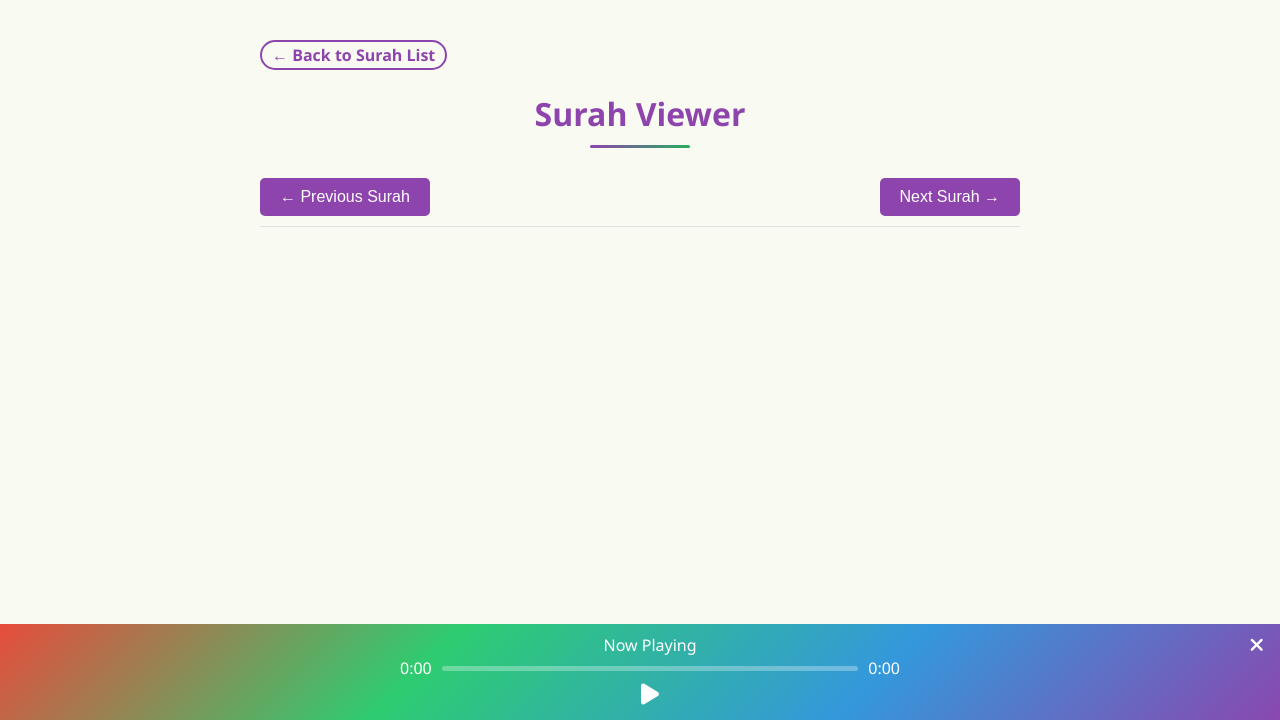
Repository: MohdKaarim/quran
Page: app/src/main/assets/surah.html
An editor plug-in stored every save of this project. The page is shown before and after a run of saves, followed by the edit.
The browser window is 1280 px wide. The pictures show the whole page.

Above is the page before, as saved 2025-07-07 22:46:19.

### app/src/main/assets/surah.html
<!DOCTYPE html>
<html lang="en">

<head>
  <meta charset="UTF-8" />
  <meta name="viewport" content="width=device-width, initial-scale=1.0" />
  <title>Surah Viewer</title>
  <link rel="stylesheet" href="https://cdnjs.cloudflare.com/ajax/libs/font-awesome/6.4.0/css/all.min.css">
  <style>
    body {
      font-family: 'Segoe UI', sans-serif;
      padding: 20px;
      background-color: #f9faf1;
      color: #2c3e50;
      max-width: 800px;
      margin: auto;
    }
    .container {
            max-width: 800px;
            margin: 0 auto;
            padding: 20px;
            padding-bottom: 100px; /* Space for player */
    }


    h1 {
        text-align: center;
        color: #8e44ad;
        margin-bottom: 20px;
        position: relative;
    }

        h1::after {
        content: '';
        display: block;
        width: 100px;
        height: 3px;
        background: linear-gradient(90deg, #8e44ad, #27ae60);
        margin: 10px auto 0;
        border-radius: 3px;
    }


    .back-button {
      display: inline-block;
      margin-bottom: 1px;
      color: #8e44ad;
      font-weight: bold;
      text-decoration: none;
      padding: 2px 10px;
      border: 2px solid #8e44ad;
      border-radius: 25px;
      transition: background-color 0.3s, color 0.3s;
    }

    .back-button:hover {
      background-color: #8e44ad;
      color: white;
    }

    .verse {
      padding: 15px;
      margin-bottom: 10px;
      border-left: 5px solid transparent;
      border-radius: 4px;
      background-color: rgb(247, 242, 231);
      transition: background-color 0.3s, border-left 0.3s;
    }

    .verse .arabic {
      font-size: 1.2rem;
      text-align: right;
      font-weight: bold;
      direction: rtl;
      color: #2c3e50;
    }

    .verse .english {
      text-align: right;
      color: #555;
      margin-top: 5px;
      font-style: italic;
      font-weight: bold;
    }

    .highlight {
      background-color: #d1c4e9;
      border-left: 5px solid #8e44ad;
    }

    .currently-playing {
      transform: translateY(100%);
      transition: transform 0.4s ease;
      position: fixed;
      bottom: 0;
      left: 0%;
      width: 100%;
      background-size: 400% 400%;
      background: linear-gradient(-45deg, #8e44ad, #3498db, #2ecc71, #e74c3c);
      animation: gradientBG 1s ease infinite;
      color: white;
      padding: 10px;
      display: flex;
      flex-direction: column;
      align-items: center;
      gap: 1px;
    }
    @keyframes gradientBG {
        0% { background-position: 0% 50%; }
        50% { background-position: 100% 50%; }
        100% { background-position: 0% 50%; }
    }

    .currently-playing.show {
      transform: translateY(0);
      transition: transform 0.4s ease;
    }

    .progress-container {
      display: flex;
      align-items: center;
      width: 80%;
      max-width: 500px;
      gap: 10px;
    }

    .progress-bar-wrapper {
      flex-grow: 1;
      height: 5px;
      background-color: rgba(255, 255, 255, 0.3);
      border-radius: 3px;
      overflow: hidden;
      position: relative;
      cursor: pointer;
    }

    .progress-bar {
      height: 100%;
      background-color: white;
      width: 0%;
    }

    .player-controls button {
      background: none;
      border: none;
      color: white;
      font-size: 1.5rem;
      cursor: pointer;
    }

    .navigation {
        display: flex;
        justify-content: space-between;
        margin: 20px 0;
        position: sticky;
        top: 0;
        background-color: #f9faf1; /* Match body background */
        padding: 10px 0;
        z-index: 10; /* Make sure it stays above verses */
        border-bottom: 1px solid #e1e1e1;
        }

    .navigation button {
      background-color: #8e44ad;
      color: white;
      border: none;
      padding: 10px 20px;
      font-size: 1rem;
      cursor: pointer;
      border-radius: 5px;
    }
    .close-player {
      position: absolute;
      top: 10px;
      right: 30px;
      background: none;
      border: none;
      color: white;
      font-size: 1.2rem;
      cursor: pointer;
    }

    .navigation button:hover {
      background-color: #6c3483;
    }

    @media (max-width: 600px) {
      .verse .arabic {
        font-size: 1rem;
      }

      .verse .english {
        font-size: 0.8rem;
      }
      .currently-playing {
        padding: 10px 15px;
      }

    }
  </style>
</head>

<body>
  <div class="container">
    <a href="Test.html" class="back-button">← Back to Surah List</a>
    <h1 id="surah-title">Surah Viewer</h1>

    <div class="navigation">
      <button id="prev-surah">← Previous Surah</button>
      <button id="next-surah">Next Surah →</button>
    </div>

    <div id="verse-container" style="max-height: 500px; overflow-y: auto;"></div>

    <div class="currently-playing show" id="currently-playing">
      <div id="now-playing-title">Now Playing</div>
      <div class="progress-container">
        <span id="current-time">0:00</span>
        <div class="progress-bar-wrapper">
          <div class="progress-bar" id="progress-bar"></div>
        </div>
        <span id="total-time">0:00</span>
      </div>
      <div class="player-controls">
        <button id="play-pause-btn"><i class="fas fa-play"></i></button>
      </div>
        <button class="close-player" id="close-player" title="Close Player">
            <i class="fas fa-times"></i>
    </button>
    </div>
  </div>

<audio id="audio-player" preload="auto"></audio>

<script>
  // Declare globals
  let surahNumber = parseInt(new URLSearchParams(window.location.search).get('surah')) || 1;

  const title = document.getElementById("surah-title");
  const verseContainer = document.getElementById("verse-container");
  const audioPlayer = document.getElementById("audio-player");
  const playPauseBtn = document.getElementById("play-pause-btn");
  const progressBar = document.getElementById("progress-bar");
  const currentTimeEl = document.getElementById("current-time");
  const totalTimeEl = document.getElementById("total-time");
  const nowPlayingTitle = document.getElementById("now-playing-title");
  const closePlayerBtnElement = document.getElementById('close-player');
  const currentlyPlayingElement = document.getElementById('currently-playing');


  const nextBtn = document.getElementById("next-surah");
  const prevBtn = document.getElementById("prev-surah");

  let currentSurahData = null;
  let isPlaying = false;
  let progressInterval;
  let allSurahs = {};

  function formatTime(seconds) {
    const mins = Math.floor(seconds / 60);
    const secs = Math.floor(seconds % 60);
    return `${mins}:${secs < 10 ? '0' : ''}${secs}`;
  }

  function updateProgress() {
    if (!audioPlayer.duration) return;
    const percent = (audioPlayer.currentTime / audioPlayer.duration) * 100;
    progressBar.style.width = `${percent}%`;
    currentTimeEl.textContent = formatTime(audioPlayer.currentTime);
    totalTimeEl.textContent = formatTime(audioPlayer.duration);
  }

  function highlightVerse(currentTime) {
    if (!currentSurahData?.verses) return;

    currentSurahData.verses.forEach((v, i) => {
      const el = document.getElementById(`verse-${i}`);
      if (!el) return;

      const nextStart = currentSurahData.verses[i + 1]?.start ?? Infinity;
      el.classList.toggle("highlight", currentTime >= v.start && currentTime < nextStart);
    });
  }

  function togglePlayPause() {
    if (isPlaying) {
      audioPlayer.pause();
      isPlaying = false;
      playPauseBtn.innerHTML = '<i class="fas fa-play"></i>';
      clearInterval(progressInterval);
    } else {
      audioPlayer.play().then(() => {
        isPlaying = true;
        playPauseBtn.innerHTML = '<i class="fas fa-pause"></i>';
        progressInterval = setInterval(() => {
          updateProgress();
          highlightVerse(audioPlayer.currentTime);
        }, 500);
      }).catch(err => {
        console.error("Audio play error:", err);
        alert("Could not play audio. Please try again.");
      });
    }
  }

  playPauseBtn.addEventListener("click", togglePlayPause);

    closePlayerBtnElement.addEventListener('click', () => {
    audioPlayer.pause();
    isPlaying = false;
    playPauseBtn.innerHTML = '<i class="fas fa-play"></i>';
    clearInterval(progressInterval);
    currentlyPlayingElement.classList.remove('show'); // Slide down the player
  });

  // Added local path dowmload
  audioPlayer.onerror = function () {
  console.warn("Streaming failed, attempting to load offline audio...");
  alert("Streaming not available. Trying offline audio...");


  const localPath = `file:///storage/emulated/0/Download/${surahNumber.toString().padStart(3, '0')}-${currentSurahData.name.toLowerCase().replace(/\s+/g, '-')}.mp3`;
  audioPlayer.src = localPath;

  audioPlayer.play().then(() => {
    console.log("Offline audio loaded.");
    isPlaying = true;
    playPauseBtn.innerHTML = '<i class="fas fa-pause"></i>';
    progressInterval = setInterval(() => {
      updateProgress();
      highlightVerse(audioPlayer.currentTime);
    }, 500);
  }).catch(err => {
    console.error("Offline audio failed:", err.message);
    alert("Audio not available online or offline.");
  });
};


  nextBtn.addEventListener("click", () => {
    if (allSurahs[surahNumber + 1]) {
      loadSurah(surahNumber + 1);
    }
  });

  prevBtn.addEventListener("click", () => {
    if (allSurahs[surahNumber - 1]) {
      loadSurah(surahNumber - 1);
    }
  });

  function loadSurahData(jsonString) {
    try {
      allSurahs = JSON.parse(jsonString);
      loadSurah(surahNumber);
    } catch (e) {
      console.error("Failed to load Surah data:", e);
      verseContainer.innerHTML = `<div style="color:red;padding:20px;">Error loading Quran data: ${e.message}</div>`;
    }
  }

  function loadSurah(number) {
    surahNumber = number;
    const surah = allSurahs[surahNumber];
    currentSurahData = surah;

    if (!surah) {
      title.textContent = "Surah Not Found";
      verseContainer.innerHTML = `<div style="color:red;padding:20px;">Surah ${number} not available</div>`;
      return;
    }

    title.textContent = `Surah ${surah.name} (${surah.arabicname})`;
    verseContainer.innerHTML = "";


    surah.verses.forEach((verse, index) => {
      const verseEl = document.createElement("div");
      verseEl.className = "verse";
      verseEl.id = `verse-${index}`;
      verseEl.innerHTML = `
        <div class="arabic">${verse.text || '[No Arabic Text]'}</div>
        <div class="english">${verse.en || '[No Translation]'}</div>
      `;
      verseContainer.appendChild(verseEl);
    });

    if (surah.audioUrl && typeof surah.audioUrl === 'string') {
      nowPlayingTitle.textContent = `Surah ${surah.name} (${surah.arabicname})`;
      audioPlayer.src = surah.audioUrl;
      const sanitizedFileName = `${surah.number.toString().padStart(3, '0')}-${surah.name.toLowerCase().replace(/\s+/g, '-')}.mp3`;
      audioPlayer.src = surah.audioUrl || `file:///storage/emulated/0/Download/${sanitizedFileName}`;



    currentlyPlayingElement.classList.remove('hidden');
    currentlyPlayingElement.classList.add('show');

      audioPlayer.play().then(() => {
        isPlaying = true;
        playPauseBtn.innerHTML = '<i class="fas fa-pause"></i>';
        progressInterval = setInterval(() => {
          updateProgress();
          highlightVerse(audioPlayer.currentTime);
        }, 500);
      }).catch(err => {
        console.log("Autoplay blocked: " + err.message);
      });

      audioPlayer.onloadedmetadata = () => {
        totalTimeEl.textContent = formatTime(audioPlayer.duration);
      };
    } else {
      console.warn("No valid audio URL found");
      document.getElementById("currently-playing").style.display = "none";
    }
  }
</script>

</body>
</html>

After the next 2 saves:
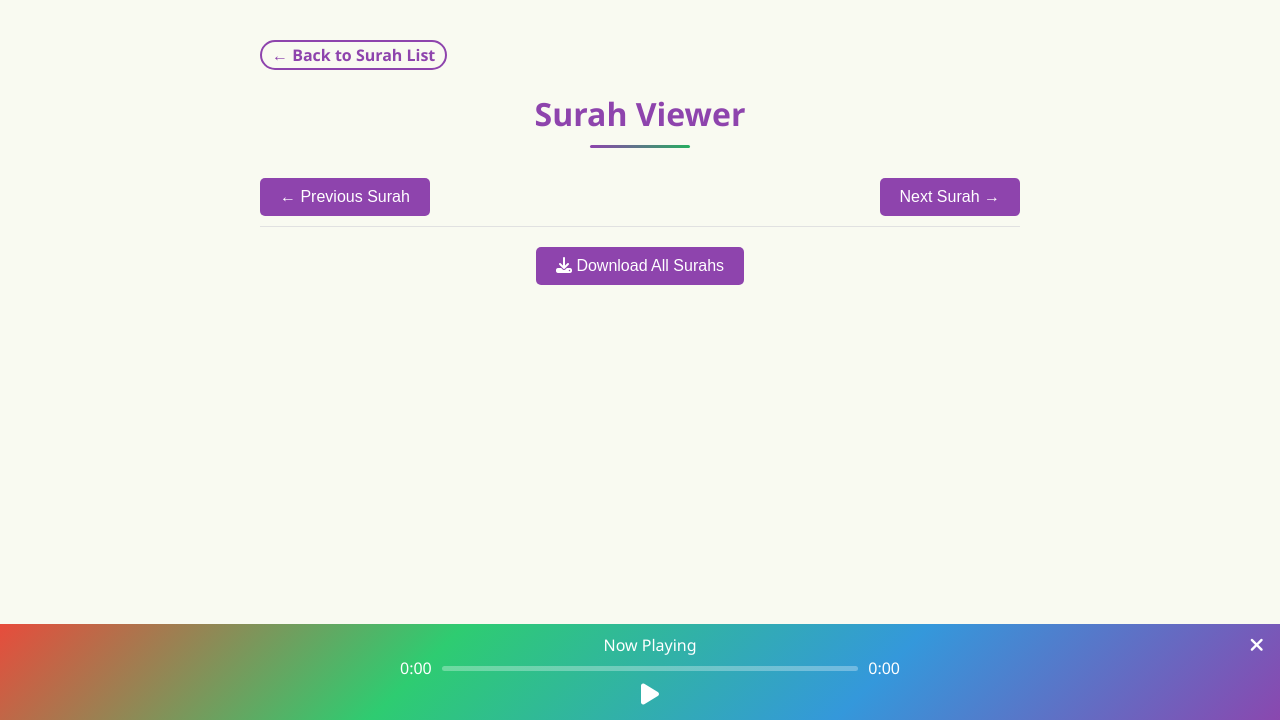
The 2 saves are shown as one change because they came seconds apart.
The last was saved 22 s later.
--- a/app/src/main/assets/surah.html
+++ b/app/src/main/assets/surah.html
@@ -208,6 +208,12 @@
     <div class="navigation">
       <button id="prev-surah">← Previous Surah</button>
       <button id="next-surah">Next Surah →</button>
+    </div>
+
+    <div>
+      <button onclick="downloadAll()" style="display:block; margin: 20px auto; padding: 10px 20px; font-size: 16px; background-color:#8e44ad; color:white; border:none; border-radius:5px;">
+        <i class="fas fa-download"></i> Download All Surahs
+        </button>
     </div>
 
     <div id="verse-container" style="max-height: 500px; overflow-y: auto;"></div>

After the 3 saves that followed:
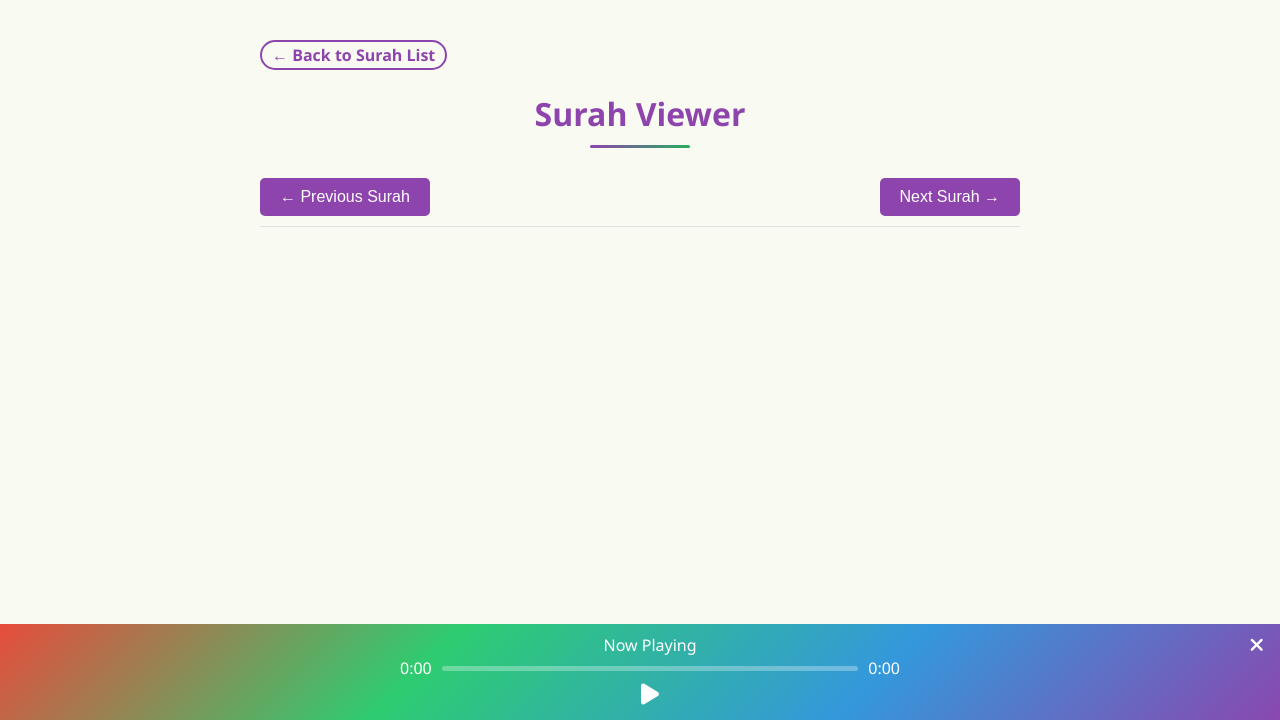
The 3 saves are shown as one change because they came seconds apart.
The last was saved 21 s later.
--- a/app/src/main/assets/surah.html
+++ b/app/src/main/assets/surah.html
@@ -208,12 +208,6 @@
     <div class="navigation">
       <button id="prev-surah">← Previous Surah</button>
       <button id="next-surah">Next Surah →</button>
-    </div>
-
-    <div>
-      <button onclick="downloadAll()" style="display:block; margin: 20px auto; padding: 10px 20px; font-size: 16px; background-color:#8e44ad; color:white; border:none; border-radius:5px;">
-        <i class="fas fa-download"></i> Download All Surahs
-        </button>
     </div>
 
     <div id="verse-container" style="max-height: 500px; overflow-y: auto;"></div>
@@ -322,7 +316,6 @@
   // Added local path dowmload
   audioPlayer.onerror = function () {
   console.warn("Streaming failed, attempting to load offline audio...");
-  alert("Streaming not available. Trying offline audio...");
 
 
   const localPath = `file:///storage/emulated/0/Download/${surahNumber.toString().padStart(3, '0')}-${currentSurahData.name.toLowerCase().replace(/\s+/g, '-')}.mp3`;
